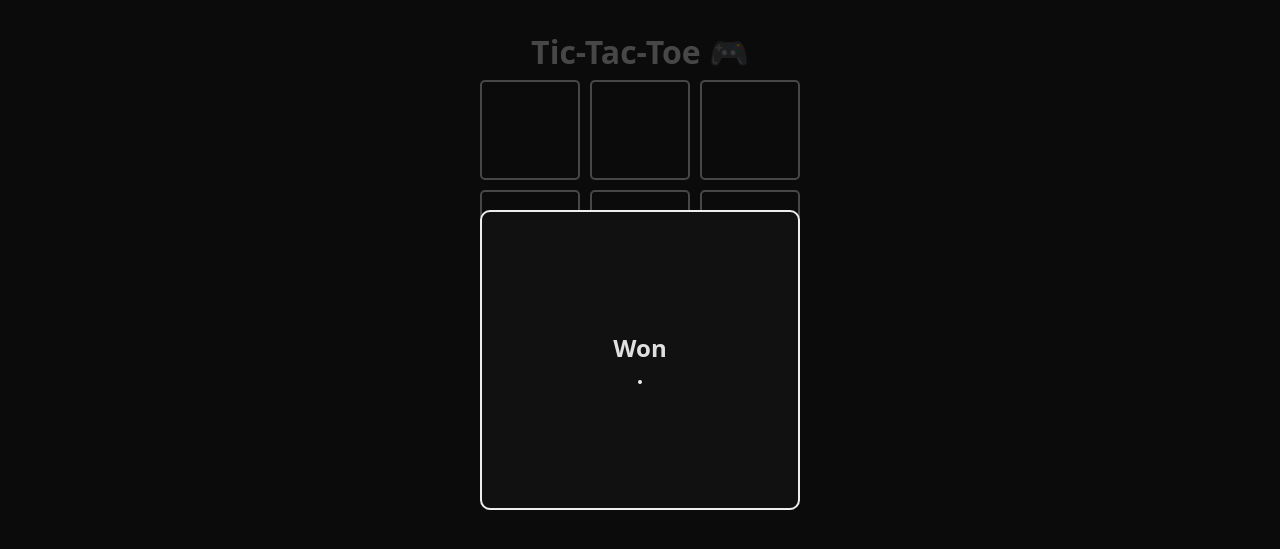
Repository: atzin-escandia/react-tic-tac-toe
Page: /
These files come from the project's save history. The page is drawn as it stood at one moment and after a run of saves; the edit follows.
The browser window is 1280 px wide. The pictures show the whole page.
The project was rebuilt for these pictures with package versions that can differ from the ones it lists, and the page was loaded fresh each time. Also part of the build but not shown: vite.config.js.

Above is the page before, as saved 2023-10-08 16:57:51.

### index.html
<!DOCTYPE html>
<html lang="en">
  <head>
    <meta charset="UTF-8" />
    <link rel="icon" type="image/svg+xml" href="/vite.svg" />
    <meta name="viewport" content="width=device-width, initial-scale=1.0" />
    <title>Tic-Tac-Toe React 🎮</title>
  </head>
  <body>
    <div id="root"></div>
    <script type="module" src="/src/main.jsx"></script>
  </body>
</html>

### src/App.jsx
import { useState } from "react";
import "./index.css";

const TURNS = {
  x: "x",
  o: "o",
};

const WINNER_COMBOS = [
  [0, 1, 2],
  [3, 4, 5],
  [6, 7, 8],
  [0, 3, 6],
  [1, 4, 7],
  [2, 5, 8],
  [0, 4, 8],
  [2, 4, 6],
];

function App() {
  const initialState = Array(9).fill(null);
  const [board, setBoard] = useState(initialState);
  const [turn, setTurn] = useState(true);
  const [winner, setWinner] = useState(false);

  const checkWinner = (board) => {
    for (const combo of WINNER_COMBOS) {
      const [a, b, c] = combo;
      if (board[a] && board[a] === board[b] && board[b] === board[c]) {
        return true;
      }
    }
  };

  const updateBoard = (index) => {
    const newBoard = [...board];

    if (newBoard[index] || winner) return;
    newBoard[index] = turn ? "x" : "o";
    setTurn(!turn);
    setBoard(newBoard);

    newBoard.forEach((_, index) => index);

    // if (!newBoard.includes(null)) {
    const newWinner = checkWinner(newBoard);
    if (winner) {
      setWinner(newWinner);
    }
  };

  const Square = ({ children, updateBoard, index }) => {
    return (
      <div onClick={() => updateBoard(index)} className="square">
        {board[index]}
      </div>
    );
  };
  return (
    <main className="board">
      <h1>Tic-Tac-Toe 🎮</h1>
      <section className="game">
        {board.map((_, index) => {
          return (
            <Square
              key={index}
              index={index}
              updateBoard={updateBoard}
            ></Square>
          );
        })}
      </section>
      {winner !== null && (
        <section className="winner">
          <div className="text">
            <h2>{winner ? "Tieee :(" : "Won"}</h2>
            <div className="win">{winner && <Square> {winner}</Square>}</div>
          </div>
        </section>
      )}
    </main>
  );
}

export default App;

### src/index.css
:root {
  font-family: system-ui, -apple-system, BlinkMacSystemFont, "Segoe UI", Roboto,
    Oxygen, Ubuntu, Cantarell, "Open Sans", "Helvetica Neue", sans-serif;
  font-size: 16px;
  line-height: 24px;
  font-weight: 400;

  color-scheme: light dark;
  color: rgba(255, 255, 255, 0.87);
  background-color: #242424;

  font-synthesis: none;
  text-rendering: optimizeLegibility;
  -webkit-font-smoothing: antialiased;
  -moz-osx-font-smoothing: grayscale;
  -webkit-text-size-adjust: 100%;
}

body {
  margin: 0;
  display: flex;
  justify-content: center;
  min-width: 320px;
  min-height: 100vh;
}

* {
  padding: 0;
  margin: 0;
  box-sizing: border-box;
}

.board {
  width: fit-content;
  margin: 40px auto;
  text-align: center;
}

.board h1 {
  color: #eee;

  margin-bottom: 16px;
}

.board button {
  padding: 8px 12px;
  margin: 25px;
  background: transparent;
  border: 2px solid #eee;
  color: #eee;
  width: 100px;
  border-radius: 5px;
  transition: 0.2s;
  font-weight: bold;
  cursor: pointer;
}

.board button:hover {
  background: #eee;
  color: #222;
}

.board .game {
  display: grid;
  grid-template-columns: repeat(3, 1fr);
  gap: 10px;
}

.turn {
  display: flex;
  justify-content: center;
  margin: 15px auto;
  width: fit-content;
  position: relative;
  border-radius: 10px;
}

.turn .square,
.winner .square {
  width: 70px;
  height: 70px;
  pointer-events: none;
  border-color: transparent;
}

.square.is-selected {
  color: #fff;
  background: #09f;
}

.winner {
  position: absolute;
  width: 100vw;
  height: 100vh;
  top: 0;
  left: 0;
  display: grid;
  place-items: center;
  background-color: rgba(0, 0, 0, 0.7);
}

.winner .text {
  background: #111;
  height: 300px;
  width: 320px;
  border: 2px solid #eee;
  border-radius: 10px;
  display: flex;
  flex-direction: column;
  justify-content: center;
  align-items: center;
  gap: 20px;
}

.winner .win {
  margin: 0 auto;
  width: fit-content;
  border: 2px solid #eee;
  border-radius: 10px;
  display: flex;
  gap: 15px;
}

.square {
  width: 100px;
  height: 100px;
  border: 2px solid #eee;
  border-radius: 5px;
  display: grid;
  place-items: center;
  cursor: pointer;
  font-size: 48px;
}

Loaded but not shown: src/main.jsx (common file)

After the next 2 saves:
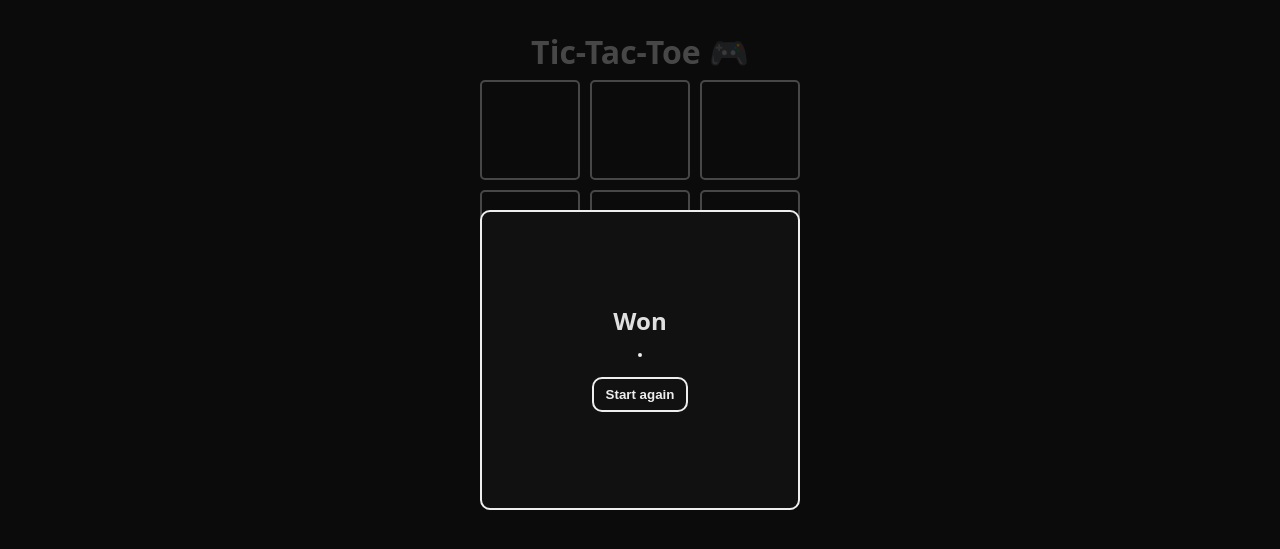
The 2 saves are shown as one change because 1 did not build or start.
The last was saved 51 s later.
--- a/src/App.jsx
+++ b/src/App.jsx
@@ -75,6 +75,7 @@
           <div className="text">
             <h2>{winner ? "Tieee :(" : "Won"}</h2>
             <div className="win">{winner && <Square> {winner}</Square>}</div>
+            <button className="win">Start again</button>
           </div>
         </section>
       )}
